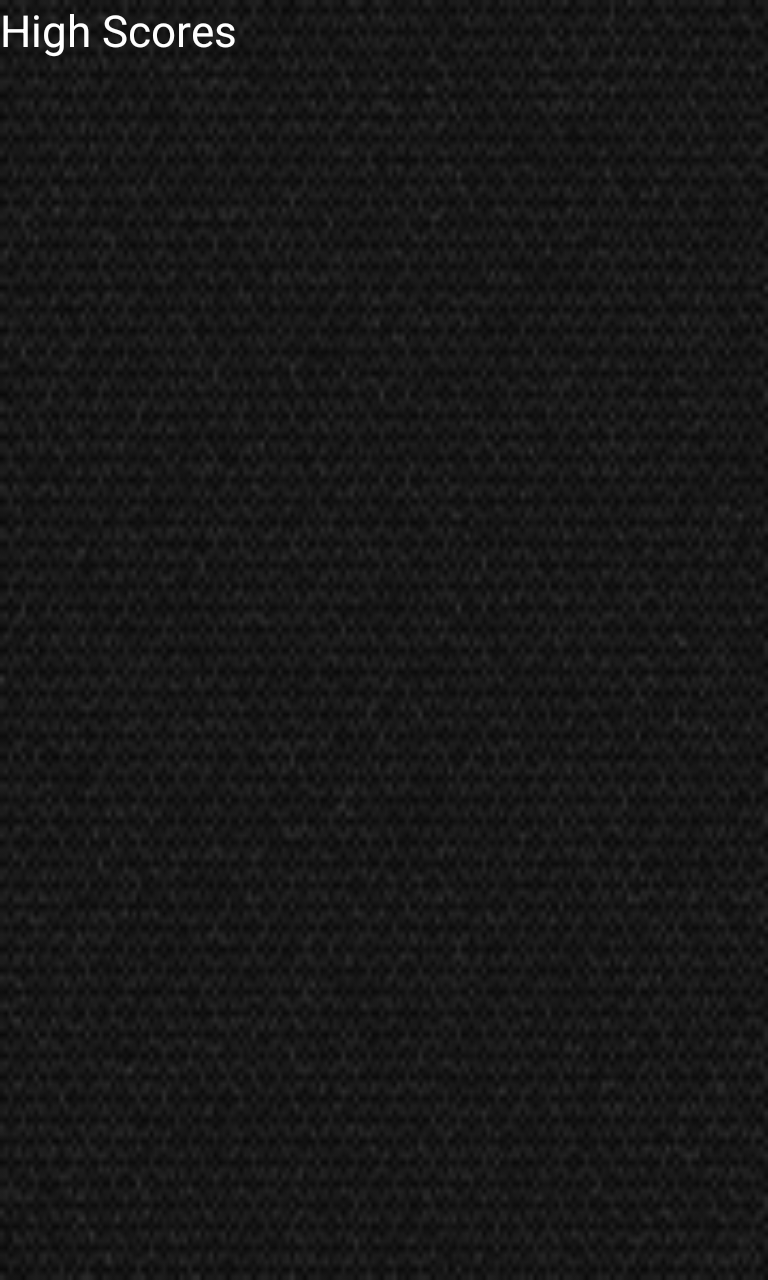
Repository: Tacohen/Killbots
Layout: Killbots/res/layout/high_scores.xml
The author's editor kept a copy of each file at every save. The layout is drawn from the files as they stood at one save, then again after the next save.
It is drawn on a 768 x 1280 px phone screen (xhdpi) without system bars, with theme AppTheme; the app's code is not run.

Above is the layout before, as saved 2013-12-08 01:33:12.

After the next save:
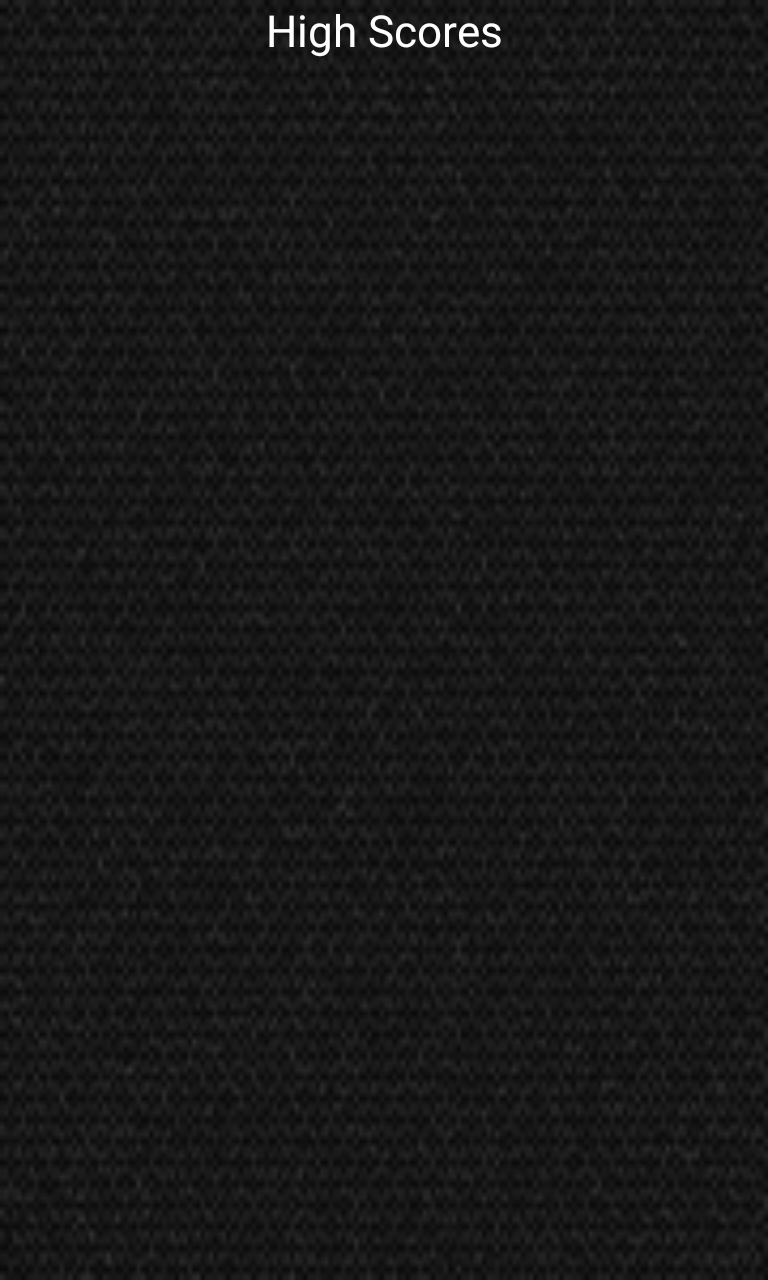
Saved 53 s later.
--- a/Killbots/res/layout/high_scores.xml
+++ b/Killbots/res/layout/high_scores.xml
@@ -9,7 +9,7 @@
         android:id="@+id/intoText"
         android:layout_width="match_parent"
         android:layout_height="wrap_content"
-        android:layout_centerInParent="true"
+        android:gravity="center"
         android:text="High Scores"
         android:textAppearance="?android:attr/textAppearanceLarge"
         android:textColor="#FFFFFF" />
